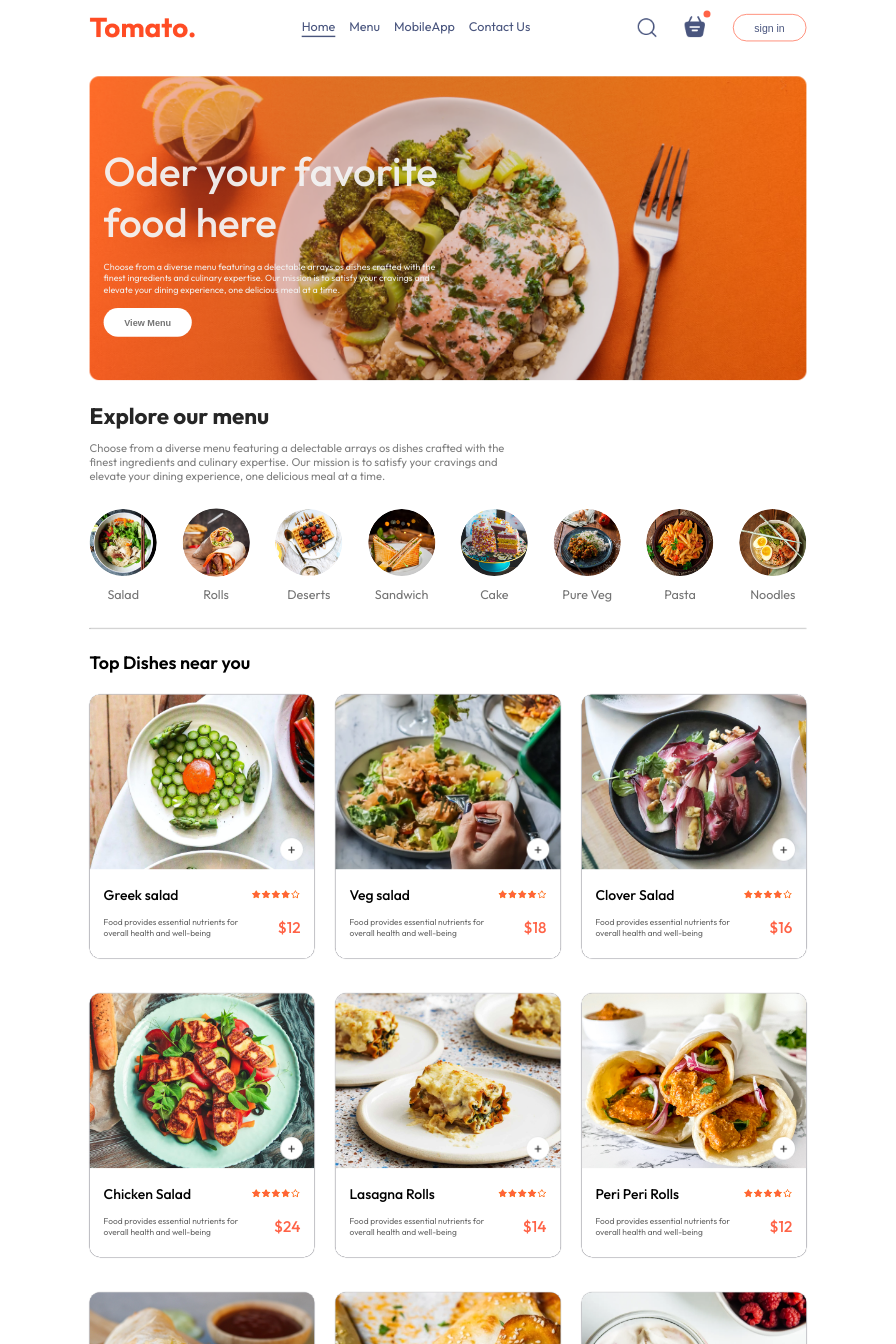
Repository: guilhermecardoso93/tomato-front-end
Page: /
The author's editor kept a copy of each file at every save. The page is drawn from the files as they stood at one save, then again after a run of saves.
The browser window is 1280 px wide. The pictures show the part of the page from y = 0 to 1920 px (the page is 6408 px tall before and 6410 px after), at 70% of full size.
The project was rebuilt for these pictures with package versions that can differ from the ones it lists, and the page was loaded fresh each time. Also part of the build but not shown: vite.config.js, src/pages/Cart/styles.css, src/pages/Cart/index.jsx, src/pages/PlaceOrder/styles.css, src/pages/PlaceOrder/index.jsx.

Above is the page before, as saved 2024-10-31 19:50:58.

### index.html
<!doctype html>
<html lang="en">

<head>
    <meta charset="UTF-8" />
    <link rel="icon" type="image/svg+xml" href="" />
    <link rel="preconnect" href="https://fonts.googleapis.com">
    <link rel="preconnect" href="https://fonts.gstatic.com" crossorigin>
    <link href="https://fonts.googleapis.com/css2?family=Inter:ital,opsz,wght@0,14..32,100..900;1,14..32,100..900&family=Outfit:wght@100..900&display=swap" rel="stylesheet">
    <meta name="viewport" content="width=device-width, initial-scale=1.0" />
    <title>Tomato</title>
</head>

<body>
    <div id="root"></div>
    <script type="module" src="/src/main.jsx"></script>
</body>

</html>

### src/main.jsx
import { StrictMode } from "react";
import { createRoot } from "react-dom/client";
import "./index.css";
import { App } from "./App.jsx";
import { BrowserRouter } from "react-router-dom";
import StoreContextProvider from "./context/StoreContext.jsx";

createRoot(document.getElementById("root")).render(
  <BrowserRouter>
    <StoreContextProvider>
      <App />
    </StoreContextProvider>
  </BrowserRouter>
);

### src/index.css
* {
  padding: 0;
  margin: 0;
  box-sizing: border-box;
}

body {
  min-height: 100vh;
  font-family: "Outfit", sans-serif;
}

a {
  text-decoration: none;
  color: inherit;
}

.app {
  width: 80%;
  margin: auto;
  margin-bottom: 2rem;
}

@keyframes fadeIn {
  0% {
    opacity: 0;
  }

  100% {
    opacity: 1;
  }
}

### src/App.jsx
import { Routes, Route } from "react-router-dom";
import { Navbar } from "./components/Navbar";

import { Home } from "./pages/Home";
import { Cart } from "./pages/Cart";
import { PlaceOrder } from "./pages/PlaceOrder";
import { Footer } from "./components/Footer";

export function App() {
  return (
    <>
      <div className="app">
        <Navbar />
        <Routes>
          <Route path="/" element={<Home />} />
          <Route path="/cart" element={<Cart />} />
          <Route path="/order" element={<PlaceOrder />} />
        </Routes>
      </div>
      <Footer />
    </>
  );
}

### src/context/StoreContext.jsx
import { createContext, useEffect, useState } from "react";
import { food_list } from "../assets/assets";

export const StoreContext = createContext(null);

const StoreContextProvider = (props) => {
  const [cartItems, setCartItems] = useState({});

  const addCart = (itemId) => {
    if (!cartItems[itemId]) {
      setCartItems((prev) => ({ ...prev, [itemId]: 1 }));
    } else {
      setCartItems((prev) => ({ ...prev, [itemId]: prev[itemId] + 1 }));
    }
  };

  const removeFromCart = (itemId) => {
    setCartItems((prev) => ({ ...prev, [itemId]: prev[itemId] - 1 }));
  };

  const contextValue = {
    food_list,
    cartItems,
    setCartItems,
    addCart,
    removeFromCart,
  };

  useEffect(() => {
    console.log(cartItems);
  }, [cartItems]);

  return (
    <StoreContext.Provider value={contextValue}>
      {props.children}
    </StoreContext.Provider>
  );
};

export default StoreContextProvider;

### src/components/Navbar/index.jsx
import { useState } from "react";
import { assets } from "../../assets/assets";
import "./styles.css";
import { Link } from "react-router-dom";

export const Navbar = () => {
  const [menu, setMenu] = useState("Home");

  return (
    <div className="navbar">
      <img src={assets.logo} alt="Logo" className="logo" />
      <ul className="navbar-menu">
        <Link
          to="/"
          onClick={() => setMenu("Home")}
          className={menu === "Home" ? "active" : ""}
        >
          Home
        </Link>
        <a
          href="#explore-menu"
          onClick={() => setMenu("Menu")}
          className={menu === "Menu" ? "active" : ""}
        >
          Menu
        </a>
        <a
          href="#app-download"
          onClick={() => setMenu("MobileApp")}
          className={menu === "MobileApp" ? "active" : ""}
        >
          MobileApp
        </a>
        <a
          href="#footer"
          onClick={() => setMenu("Contact Us")}
          className={menu === "Contact Us" ? "active" : ""}
        >
          Contact Us
        </a>
      </ul>
      <div className="navbar-right">
        <img src={assets.search_icon} alt="" />
        <div className="navbar-search-icon">
          <img src={assets.basket_icon} alt="" />
          <div className="dot"></div>
        </div>
        <button>sign in</button>
      </div>
    </div>
  );
};

### src/pages/Home/index.jsx
import { useState } from "react";
import { ExplorerMenu } from "../../components/ExplorerMenu";
import { Header } from "../../components/Header";
import "./styles.css";
import { FoodDisplay } from "../../components/FoodDisplay/Index";
import { AppDownload } from "../../components/AppDownload";

export const Home = () => {
  const [category, setCategory] = useState("All");

  return (
    <div>
      <Header />
      <ExplorerMenu category={category} setCategory={setCategory} />
      <FoodDisplay category={category} />
      <AppDownload />
    </div>
  );
};

### src/components/Footer/index.jsx
import { assets } from "../../assets/assets";
import "./styles.css";

export const Footer = () => {
  return (
    <footer className="footer" id="footer">
      <div className="footer-content">
        <div className="footer-content-left">
          <img className="tomatologofooter" src={assets.logo} alt="" />
          <p>This website is just for my portfolio, it's not a real website.</p>
          <div className="footer-social-icons">
            <img src={assets.facebook_icon} alt="" />
            <img src={assets.twitter_icon} alt="" />
            <img src={assets.linkedin_icon} alt="" />
          </div>
        </div>
        <div className="footer-content-center">
          <h2>COMPANY</h2>
          <ul>
            <li>Home</li>
            <li>About us</li>
            <li>Delivery</li>
            <li>Privacy Policy</li>
          </ul>
        </div>
        <div className="footer-content-right">
          <h2>GET IN TOUCH</h2>
          <ul>
            <li>+1-212-456-7890</li>
            <li>contact@tomato.com</li>
          </ul>
        </div>
      </div>
      <hr />
      <p className="footer-copyright">
        Copyright 2024 © Tomato.com - All rights reserved.
      </p>
    </footer>
  );
};

### src/components/Navbar/styles.css
.navbar {
  padding: 20px 0px;
  display: flex;
  justify-content: space-between;
  align-items: center;
}

.navbar .logo {
  width: 150px;
}

.navbar-menu {
  display: flex;
  list-style: none;
  gap: 20px;
  color: #49557e;
  font-size: 18px;
}

.navbar li {
  cursor: pointer
}

.navbar-right {
  display: flex;
  align-items: center;
  gap: 40px;
}

.navbar button {
  background: transparent;
  font-size: 15px;
  color: #49557e;
  border: 1px solid tomato;
  padding: 10px 30px;
  border-radius: 50px;
  cursor: pointer;
  transition: 0.3s;
}

.navbar button:hover {
  background: #fff4f2;
}

.navbar .active {
  padding-bottom: 2px;
  border-bottom: 2px solid #49557c;
}

.navbar-search-icon {
  position: relative;
}

.navbar-search-icon .dot {
  position: absolute;
  min-width: 10px;
  min-height: 10px;
  background-color: tomato;
  border-radius: 5px;
  top: -8px;
  right: -8px;
}

@media (max-width:1050px) {
  .navbar .logo {
    width: 140px;
  }

  .navbar-menu {
    gap: 20px;
    font-size: 17px;
  }

  .navbar-right {
    gap: 30px;
  }

  .navbar-right img {
    width: 22px;
  }

  .navbar-right button {
    padding: 8px 25px;
  }
}

@media (max-width:900px) {
  .navbar .logo {
    width: 120px;
  }

  .navbar-menu {
    gap: 15px;
    font-size: 16px;
  }

  .navbar-right {
    gap: 20px;
  }

  .navbar-right img {
    width: 20px;
  }

  .navbar-right button {
    padding: 7px 20px;
    font-size: 15px;
  }
}

@media (max-width:750px) {
  .navbar-menu {
    display: none;
  }
}

/*
.navbar-profile {
  position: relative;
}

.nav-profile-dropdown {
  position: absolute;
  display: none;
  right: 0;
  z-index: 1;
}

.navbar-profile:hover .nav-profile-dropdown {
  display: flex;
  flex-direction: column;
  gap: 10px;
  background-color: #fff2ef;
  padding: 12px 25px;
  border-radius: 4px;
  border: 1px solid tomato;
  outline: 2px solid white;
  list-style: none;
}


:root .navbar-profile:hover .nav-profile-dropdown {
  color: white;
  background-color: var(--body-color);
  border: 1px solid tomato;
  outline: 2px solid white;
}

.lightcolors .navbar-profile:hover .nav-profile-dropdown {
  color: black;
  background-color: #fff2ef;
  border: 1px solid tomato;
  outline: 2px solid white;
}

.nav-profile-dropdown li {
  display: flex;
  align-items: center;
  gap: 10px;
  cursor: pointer;
}

.nav-profile-dropdown img {
  width: 20px;
}

.nav-profile-dropdown li:hover {
  color: tomato;
}

#visual-toggle-button {
  width: 37px;
  height: 37px;
  display: flex;
  align-items: center;
  justify-content: center;
  position: relative;
  border: 1px solid var(--border-color);
  border-radius: 5px;
  cursor: pointer;
}

#visual-toggle {
  appearance: none;
  display: none;
}

.svgIcon-toggle {
  width: 25px;
}

.moon-svg {
  width: 13px;
  position: absolute;
  transition: all .3s;
}

.sun-svg {
  opacity: 0;
  transition: all .3s;
}

.lightmode .sun-svg {
  filter: brightness(0);
  transform: rotate(180deg);
  opacity: 1;
}

.lightmode .moon-svg {
  opacity: 0;
}

.animate .moon-svg {
  transform: rotate(360deg);
  transition: all .3s;
}


:root {
  --input-color: black;
--background-root: black;
--border-root: 2px solid white;
--padding-root: 10px;
--upload: brightness(1) invert(1);
--logos-filter: brightness(0) invert(1);
--sidebar: black;
--border-color: #27272a;
--nav-color-one: #0d0d179a;
--nav-color-two: #0d0618;
--body-color: #121212;
--dark-text: #101010;
--light-text: #ffffff;
--light-text-secondary: #b9b9b9;
--light-text-desc: #d8d8d8;
}

.lightcolors {
  --sidebar: #fff0ed;
  --body-color: #FFFFFF;
  --dark-text: #fff;
  --light-text: #101010;
  --nav-color-two: #f6f6f2;
  --nav-color-one: #f1f1f17e;
  --border-color: #ddd;
  --light-text-secondary: #464853;
  --light-text-desc: #020202;
  --cards-text-color: #fff;
}

:root .logo {
  filter: var(--logos-filter);
}

.lightcolors .logo {
  filter: none;
}

:root .navbar-menu .active {
  border-bottom: 2px solid white;
}

.lightcolors .navbar-menu .active {
  border-bottom: 2px solid #49557e;
}


:root .navbar-menu {
  color: white;
}

.lightcolors .navbar-menu {
  color: #49557e;
}

:root .basketlogo {
  filter: var(--logos-filter);
}

.lightcolors .basketlogo {
  filter: none;
}

:root img.white-filter {
  filter: var(--logos-filter);
}

.lightcolors img.white-filter {
  filter: none;
}

:root .signbutton {
  color: white
}

:root .signbutton:hover {
  color: black;
}



.lightcolors .signbutton {
  color: #49557e;
}



 */

### src/components/ExplorerMenu/index.jsx
import { menu_list } from "../../assets/assets";

import "./styles.css";

export const ExplorerMenu = ({ category, setCategory }) => {
  return (
    <div className="explorer-menu" id="explore-menu">
      <h1>Explore our menu</h1>
      <p className="explore-menu-text">
        Choose from a diverse menu featuring a delectable arrays os dishes
        crafted with the finest ingredients and culinary expertise. Our mission
        is to satisfy your cravings and elevate your dining experience, one
        delicious meal at a time.
      </p>
      <div className="explore-menu-list">
        {menu_list.map((item, index) => {
          return (
            <div
              className="explore-menu-list-item"
              key={index}
              onClick={() =>
                setCategory((prev) =>
                  prev === item.menu_name ? "All" : item.menu_name
                )
              }
            >
              <img
                src={item.menu_image}
                alt=""
                className={category === item.menu_name ? "active" : ""}
              />
              <p className={category === item.menu_name ? "active-text" : ""}>
                {item.menu_name}
              </p>
            </div>
          );
        })}
      </div>
      <hr />
    </div>
  );
};

### src/components/Header/index.jsx
import "./styles.css";

export const Header = () => {
  return (
    <div className="header">
      <div className="header-container">
        <h2>Oder your favorite food here</h2>
        <p>
          Choose from a diverse menu featuring a delectable arrays os dishes
          crafted with the finest ingredients and culinary expertise. Our
          mission is to satisfy your cravings and elevate your dining
          experience, one delicious meal at a time.
        </p>
        <button> View Menu</button>
      </div>
    </div>
  );
};

### src/components/FoodDisplay/Index.jsx
import { useContext } from "react";
import { StoreContext } from "../../context/StoreContext";
import { FoodItem } from "../FoodItem";

import "./styles.css";

export const FoodDisplay = ({ category }) => {
  const { food_list } = useContext(StoreContext);

  return (
    <div className="food-display" id="food-display">
      <h2>Top Dishes near you</h2>
      <div className="food-display-list">
        {food_list.map((item, index) => {
          if (category === "All" || category === item.category) {
            return (
              <FoodItem
                key={index}
                id={item._id}
                name={item.name}
                description={item.description}
                price={item.price}
                image={item.image}
              />
            );
          }
        })}
      </div>
    </div>
  );
};

### src/components/AppDownload/index.jsx
import { assets } from "../../assets/assets";

import "./styles.css";

export const AppDownload = () => {
  return (
    <div className="app-download" id="app-download">
      <p>
        For Better Experience Download <br /> TomatoApp
      </p>
      <div className="app-download-platforms">
        <img src={assets.play_store} alt="" />
        <img src={assets.app_store} alt="" />
      </div>
    </div>
  );
};

### src/components/Footer/styles.css
.footer {
    color: #d9d9d9;
    background-color: #323232;
    display: flex;
    flex-direction: column;
    align-items: center;
    gap: 20px;
    padding: 20px 8vw;
    padding-top: 80px;
    margin-top: 100px;
}

.footer-content {
    width: 100%;
    display: grid;
    grid-template-columns: 2fr 1fr 1fr;
    gap: 80px;
}

.footer-content-left,
.footer-content-right,
.footer-content-center {
    display: flex;
    flex-direction: column;
    align-items: start;
    gap: 20px;
}

.footer-content-left li,
.footer-content-right li,
.footer-content-center li {
    list-style: none;
    margin-bottom: 10px;
    cursor: pointer;
}

.footer-content-right h2,
.footer-content-center h2 {
    color: white;
}

.footer-social-icons img {
    cursor: pointer;
    width: 40px;
    margin-right: 15px;
}

.footer hr {
    width: 100%;
    height: 2px;
    margin: 20px 0;
    background-color: grey;
    border: none;
}

:root .footer {
    background-color: #252323;
}

.lightcolors .footer {
    background-color: #323232;
}

:root .tomatologofooter {
    filter: var(--logos-filter);
}

.lightcolors .tomatologofooter {
    filter: none;
}

@media (max-width:750px) {
    .footer-content {
        display: flex;
        flex-direction: column;
        gap: 35px;
    }
    .footer-copyright {
        text-align: center;
    }
}

### src/components/ExplorerMenu/styles.css
.explorer-menu {
  display: flex;
  flex-direction: column;
  gap: 1rem;
}

.explorer-menu h1 {
  color: #262626;
  font-size: 500;
}

.explore-menu-text {
  max-width: 60%;
  color: #808080;
}

.explore-menu-list {
  display: flex;
  justify-content: space-between;
  align-items: center;
  gap: 30px;
  text-align: center;
  margin: 20px 0px;
  overflow-x: scroll;
}

.explore-menu-list::-webkit-scrollbar{
  display: none;
}


.explore-menu-list img {
  width: 7.5vw;
  min-width: 80px;
  cursor: pointer;
  border-radius: 50%;
  transition: 0.2s;
}

.explore-menu-list p {
  margin-top: 10px;
  color: #747474;
  font-size: max(1.4vw, 16px);
  cursor: pointer;
}

.explore-menu hr {
  margin: 10px 0px;
  height: 2px;
  background: #e2e2e2;
  border: none;
}

.explore-menu-list .active {
  border: 4px solid tomato;
  padding: 2px;
}

.explore-menu-list .active-text {
  color: tomato;
}

@media (max-width:1050px) {
  .explore-menu-text {
    max-width: 100%;
    font-size: 14px;
  }
}

### src/components/Header/styles.css
.header {
  height: 34vw;
  margin: 30px auto;
  background: url('../../assets/header_img.png') no-repeat;
  background-size: contain;
  position: relative;
}

.header-container {
  position: absolute;
  display: flex;
  flex-direction: column;
  align-items: start;
  padding: 20px;
  gap: 1.5vw;
  max-width: 52%;
  bottom: 10%;
  animation: fadeIn 3s;
}

.header-container h2 {
  font-weight: 500;
  color: #f2f2f2f2;
  font-size: max(4.5vw, 22px);
}

.header-container p {
  color: #f2f2f2f2;
  font-size: 1vw;
}

.header-container button {
  border: none;
  color: #747474;
  font-weight: 700;
  padding: 1vw 2.3vw;
  background: white;
  font-size: max(1vw, 13px);
  border-radius: 50px;
}

@media (max-width:1050px) {
  .header-container {
    max-width: 45%;
  }
}

@media (max-width:750px) {
  .header-container {
    max-width: 65%;
  }

  .header-container p {
    display: none;
  }

  .header-container button {
    padding: 2vw 4vw
  }
}

### src/components/FoodItem/index.jsx
import { useContext } from "react";
import { assets } from "../../assets/assets";
import "./styles.css";
import { StoreContext } from "../../context/StoreContext";

export const FoodItem = ({ id, name, price, description, image }) => {
  const { removeFromCart, addCart, cartItems } = useContext(StoreContext);

  return (
    <div className="food-item" id={id}>
      <div className="food-item-image-container">
        <img src={image} alt={name} className="food-item-image" />
        {!cartItems[id] ? (
          <img
            src={assets.add_icon_white}
            alt="Adicionar ao carrinho"
            className="add"
            onClick={() => addCart(id)}
          />
        ) : (
          <div className="food-item-counter">
            <img
              src={assets.remove_icon_red}
              alt="Remover do carrinho"
              onClick={() => removeFromCart(id)}
            />
            <p>{cartItems[id]}</p>
            <img
              src={assets.add_icon_green}
              alt="Adicionar ao carrinho"
              onClick={() => addCart(id)}
            />
          </div>
        )}
      </div>
      <div className="food-item-info">
        <div className="food-item-name-rating">
          <p>{name}</p>
          <img src={assets.rating_starts} alt="Rating" />
        </div>
        <div className="food-item-prices">
          <p className="food-item-description">{description}</p>
          <p className="food-item-price">${price}</p>
        </div>
      </div>
    </div>
  );
};

### src/components/FoodDisplay/styles.css
.food-display {
  margin-top: 30px;
}

.food-display h2 {
  font-size: max(2vw, 24px);
  font-weight: 600;
}


.food-display-list {
  display: grid;
  grid-template-columns: repeat(auto-fill, minmax(240px, 1fr));
  margin-top: 30px;
  gap: 30px;
  row-gap: 50px;
}

### src/components/AppDownload/styles.css
.app-download {
  margin: auto auto;
  margin-top: 100px;
  font-size: max(3vw, 20px);
  text-align: center;
  font-weight: 500;
}

.app-download-platforms {
  display: flex;
  justify-content: center;
  gap: max(3vw, 20px);
  margin-top: 40px;
}

.app-download-platforms img {
  width: max(30vw, 120px);
  max-width: 180px;
  transition: 0.5s;
  cursor: pointer;
}

.app-download-platforms img:hover {
  transform: scale(1.05);
}

### src/components/FoodItem/styles.css
.food-item {
  width: 100%;
  margin: auto;
  border-radius: 15px;
  box-shadow: 0px 0px 1px #000015;
  transition: 0.3s;
  animation: fadeIn 1s;
}

.food-item-image {
  width: 100%;
  border-radius: 15px 15px 0px 0px;
}

.food-item-image-container {
  position: relative;
}

.food-item-image-container .add {
  position: absolute;
  width: 35px;
  bottom: 15px;
  right: 15px;
  cursor: pointer;
  border-radius: 50%;
}

.food-item-counter {
  position: absolute;
  bottom: 15px;
  right: 15px;
  display: flex;
  align-items: center;
  gap: 10px;
  border-radius: 50px;
  background-color: #f2f2f2;
  padding: 3px;
  font-weight: 700;
}

.food-item-counter img {
  width: 30px;
}

.food-item-info {
  padding: 20px;
}

.food-item-name-rating {
  display: flex;
  justify-content: space-between;
  align-items: center;
  margin-bottom: 10px;
}

.food-item-name-rating p {
  font-size: 20px;
  font-weight: 500;
}

.food-item-name-rating img {
  width: 70px;
}

.food-item-prices {
  display: flex;
  justify-content: space-between;
  align-items: center;
  gap: 10px;
}

.food-item-description {
  color: #676767;
  font-size: 12px;
  width: 75%;
}

.food-item-price {
  color: tomato;
  font-size: 22px;
  font-weight: 500;
  margin: 10px 0;
}

Loaded but not shown: src/assets/assets.js (350 lines, source omitted); src/pages/Home/styles.css (no stored copy; drawn as an empty file)

After the next 2 saves:
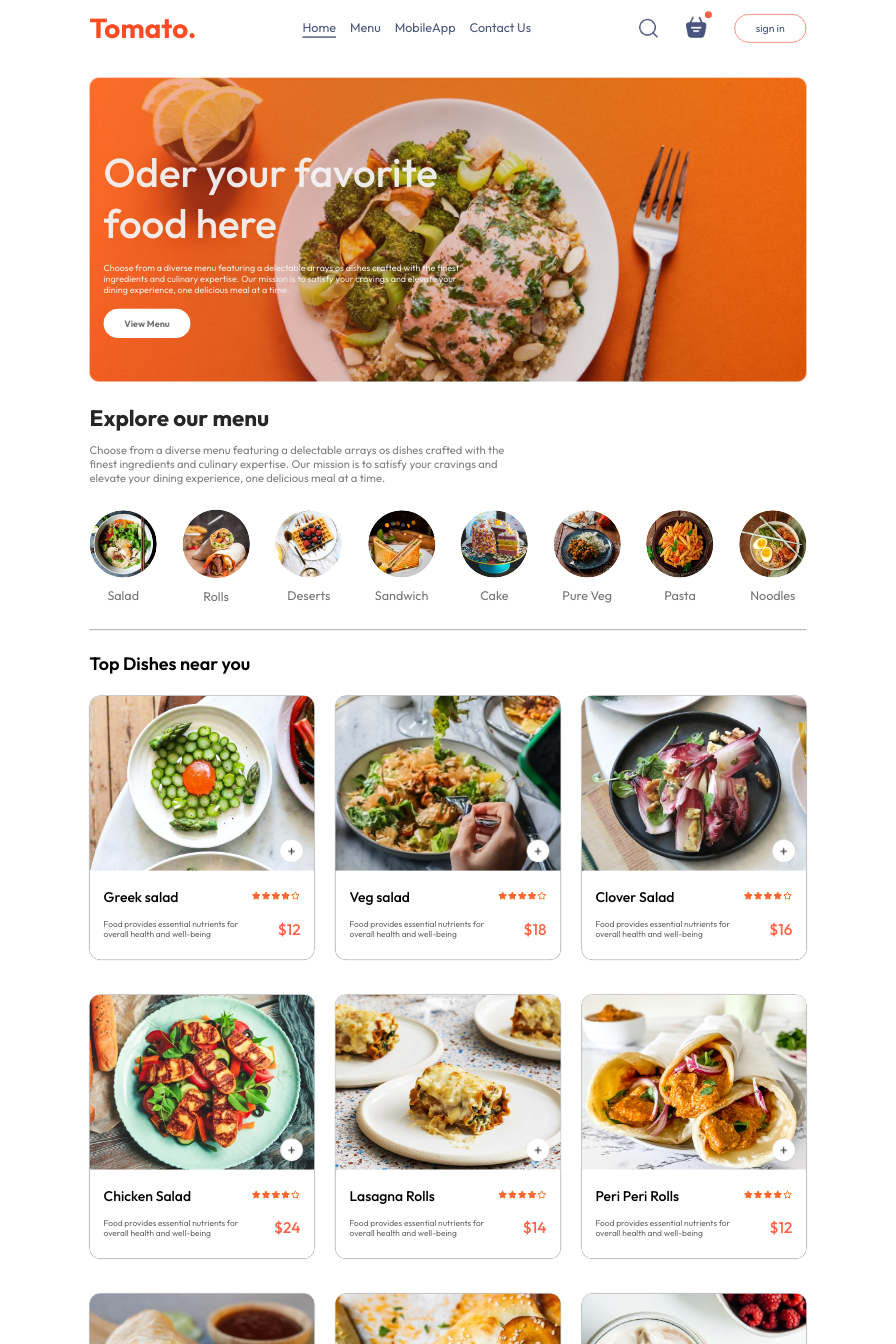
The 2 saves are shown as one change because they came seconds apart.
The last was saved 45 s later.
--- a/src/index.css
+++ b/src/index.css
@@ -1,12 +1,14 @@
 * {
   padding: 0;
   margin: 0;
-  box-sizing: border-box;
+  box-sizing: 0;
+  font-family: Outfit;
+  scroll-behavior: smooth;
 }
 
 body {
+  background-color: var(--body-color);
   min-height: 100vh;
-  font-family: "Outfit", sans-serif;
 }
 
 a {
@@ -17,7 +19,6 @@ a {
 .app {
   width: 80%;
   margin: auto;
-  margin-bottom: 2rem;
 }
 
 @keyframes fadeIn {
